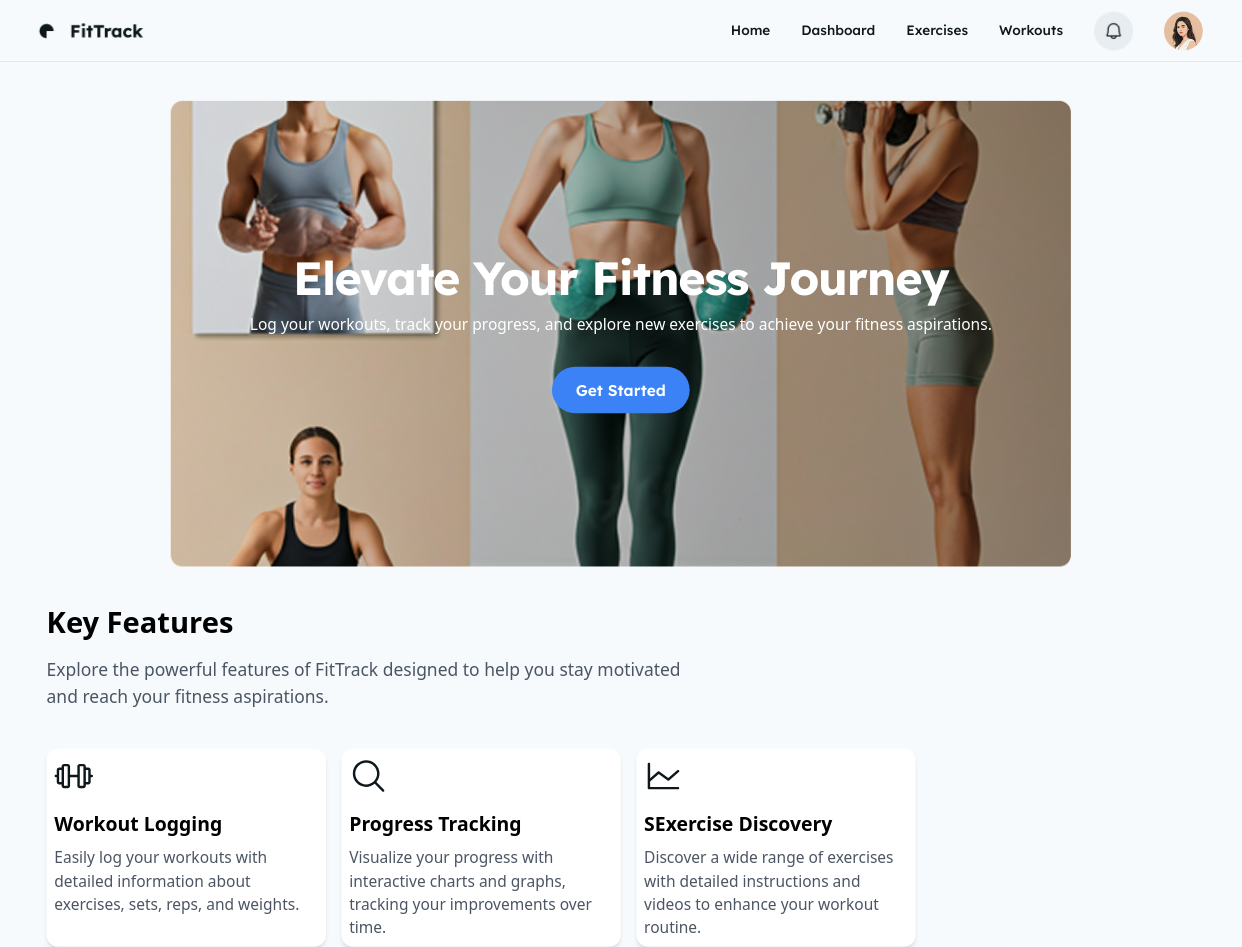
Repository: Emy-gold/fitness-tracking-platform
Page: /
An editor plug-in stored every save of this project. The page is shown before and after the next save, followed by the edit.
The browser window is 1280 px wide. The pictures show the whole page, at 97% of full size.
The project was rebuilt for these pictures with package versions that can differ from the ones it lists, and the page was loaded fresh each time. Also part of the build but not shown: vite.config.js, src/Pages/Dashboard.jsx, src/Pages/Exercises.jsx, src/Pages/Workouts.jsx, src/components/Footer.jsx.

Above is the page before, as saved 2025-08-24 23:23:57.

### index.html
<!doctype html>
<html lang="en">

<head>
  <meta charset="UTF-8" />
  <link rel="icon" type="image/svg+xml" href="/vite.svg" />
  <meta name="viewport" content="width=device-width, initial-scale=1.0" />
  <link href="https://fonts.googleapis.com/css2?family=Lexend:wght@300;400;500;600;700&display=swap" rel="stylesheet">
  <title>Vite + React</title>
</head>

<body>
  <div id="root"></div>
  <script type="module" src="/src/main.jsx"></script>
</body>

</html>

### src/index.css
@tailwind base;
@tailwind components;
@tailwind utilities;

body{
    padding: 0;
    margin: 0;
        background-color: #F7FAFC;
}

### src/App.jsx
import './App.css';
import { BrowserRouter as Router, Routes, Route } from 'react-router-dom';
import Home from './Pages/Home';
import Dashboard from './Pages/Dashboard.jsx';
import Exercises from './Pages/Exercises.jsx';
import Workouts from './Pages/Workouts.jsx';
import Header from './components/Header.jsx';
import Footer from './components/Footer';


function App() {

  return (
    <>

      <Router>
        <Header />
        <Routes>
          <Route path="/" element={<Home />} />
          <Route path="/dashboard" element={<Dashboard />} />
          <Route path="/exercises" element={<Exercises />} />
          <Route path="/workouts" element={<Workouts />} />
        </Routes>
      </Router>
    </>
  )
}

export default App

### src/App.css
#root {
    margin: 0 auto;
    padding: 0;
    text-align: center;

}

.logo {
    height: 6em;
    padding: 1.5em;
    will-change: filter;
    transition: filter 300ms;
}
.logo:hover {
    filter: drop-shadow(0 0 2em #646cffaa);
}
.logo.react:hover {
    filter: drop-shadow(0 0 2em #61dafbaa);
}

@keyframes logo-spin {
    from {
    transform: rotate(0deg);
    }
    to {
    transform: rotate(360deg);
    }
}

@media (prefers-reduced-motion: no-preference) {
    a:nth-of-type(2) .logo {
    animation: logo-spin infinite 20s linear;
    }
}

.card {
    padding: 2em;
}

.read-the-docs {
    color: #888;
}

### src/Pages/Home.jsx
import React from 'react';
import Header from '../components/Header';
import { useState, useEffect } from 'react';
import cardsData from "../cardsData.json";
import homepic from "../assets/home.png";

function Home() {

    const [cards, setCards] = useState([]);

    useEffect(() => {
        setCards(cardsData)
    })

    return (
        <>
            <main className='flex flex-col justify-center'>

                <section className='my-10 relative flex justify-center'>
                    <img src={homepic} className="" />
                    <div className="absolute inset-0 flex flex-col justify-center text-center text-white">
                        <h1 className='text-5xl font-lexend font-bold mb-3 tracking-tight '>Elevate Your Fitness Journey</h1>
                        <p className=''>Log your workouts, track your progress, and explore new exercises to achieve your fitness aspirations.</p>
                        <button type="submit" className='mt-8 mx-auto bg-blue-500 py-[12px] px-6 font-lexend font-semibold rounded-3xl hover:bg-blue-600 transition duration-300'>Get Started</button>
                    </div>
                </section >

                <section className='flex flex-col items-start px-12'>
                    <div className='flex flex-col items-start text-left'>
                        <h2 className='text-3xl font-bold mb-4'>Key Features</h2>
                        <p className='text-lg text-gray-600 max-w-2xl'>Explore the powerful features of FitTrack designed to help you stay motivated and reach your fitness aspirations.</p>
                    </div>
                    <div className='flex flex-wrap gap-4 mt-10 text-left'> {/* Removed justify-center */}
                        {cards.map(card => (
                            <div key={card.id} className='w-72 bg-white rounded-xl shadow-md p-2'>
                                <img src={card.image} className='mb-4 h-10 w-10 object-contain' />
                                <h3 className='text-xl font-semibold mb-2'>{card.title}</h3>
                                <p className='text-gray-600'>{card.summary}</p>
                            </div>
                        ))}
                    </div>
                </section>
                <section></section>
            </main >
        </>

    )
}

export default Home

### src/components/Header.jsx
import React from 'react';
import { Link } from 'react-router-dom';
import logo from "../assets/logo.png";
import icon from "../assets/notifeicon.png";
import profilePic from "../assets/profilepic.png";

function Header() {
    return (
        <>
            <header className='bg-primary border-b border-gray-300/50 sticky w-full h-16 top-0 z-50 px-10'>
                <div className="flex relative justify-between items-center h-full">
                    <Link to="/" className='flex items-center'>
                        <img
                            src={logo}
                            alt="logo"
                            className='hover:opacity-20 transition-opacity duration-300'
                        />
                    </Link>

                    <nav className='flex gap-8 items-center ml-auto'>
                        <Link to="/" className='font-lexend font-medium text-sm text-textColor hover:scale-105 leading-[21px]'>Home</Link>
                        <Link to="/dashboard" className='font-lexend font-medium text-sm text-textColor hover:scale-105 leading-[21px]'>Dashboard</Link>
                        <Link to="/exercises" className='font-lexend font-medium text-sm text-textColor hover:scale-105 leading-[21px]'>Exercises</Link>
                        <Link to="/workouts" className='font-lexend font-medium text-sm text-textColor hover:scale-105 leading-[21px]'>Workouts</Link>
                        <img src={icon} className='hover:scale-105 duration-200' />
                        <img src={profilePic} className='h-10 w-10 hover:scale-105 duration-200' />
                    </nav>

                    <div></div>
                </div>
            </header>
        </>
    )
}

export default Header;

### src/cardsData.json
[
    {
        "id": 1,
        "title": "Workout Logging",
        "summary": "Easily log your workouts with detailed information about exercises, sets, reps, and weights.",
        "image": "src/assets/icon1.svg"
    },
    {
        "id": 2,
        "title": "Progress Tracking",
        "summary": "Visualize your progress with interactive charts and graphs, tracking your improvements over time.",
        "image": "src/assets/icon2.svg"
    },
    {
        "id": 3,
        "title": "SExercise Discovery",
        "summary": "Discover a wide range of exercises with detailed instructions and videos to enhance your workout routine.",
        "image": "src/assets/icon3.svg"
    }
]

### tailwind.config.js

/** @type {import('tailwindcss').Config} */
export default {
  content: [
    "./index.html",
    "./src/**/*.{js,ts,jsx,tsx}",
  ],
  theme: {
    extend: {
      fontFamily: {
        lexend: ['Lexend', 'sans-serif'],
      },
      colors: {
        primary: "#F7FAFC",
        textColor: "#0D171C",
      }
    },
  },
  plugins: [],
}

Loaded but not shown: src/main.jsx (common file)

After the next save:
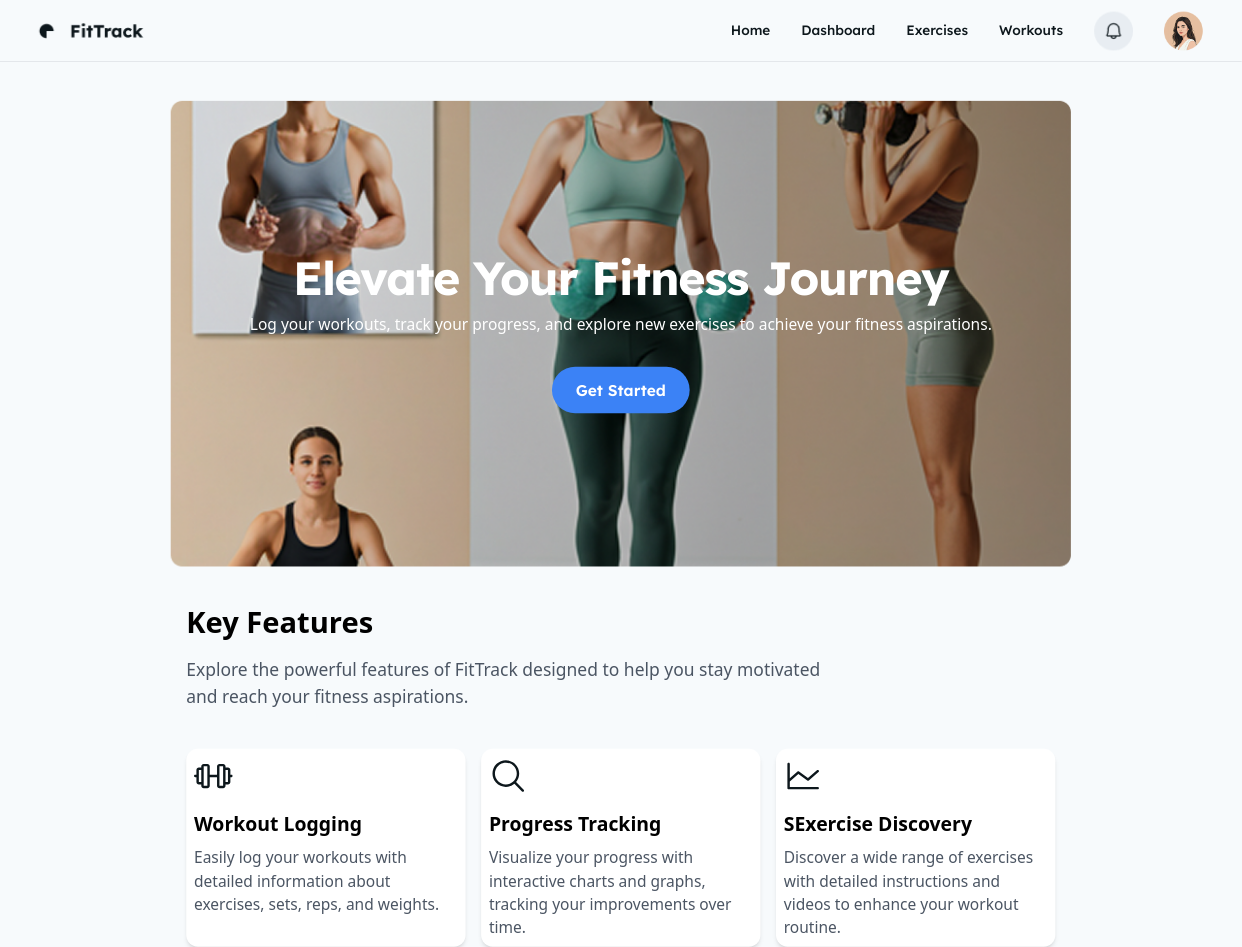
Saved 14 s later.
--- a/src/Pages/Home.jsx
+++ b/src/Pages/Home.jsx
@@ -14,7 +14,7 @@ function Home() {
 
     return (
         <>
-            <main className='flex flex-col justify-center'>
+            <main className='flex flex-col justify-center items-center'>
 
                 <section className='my-10 relative flex justify-center'>
                     <img src={homepic} className="" />
